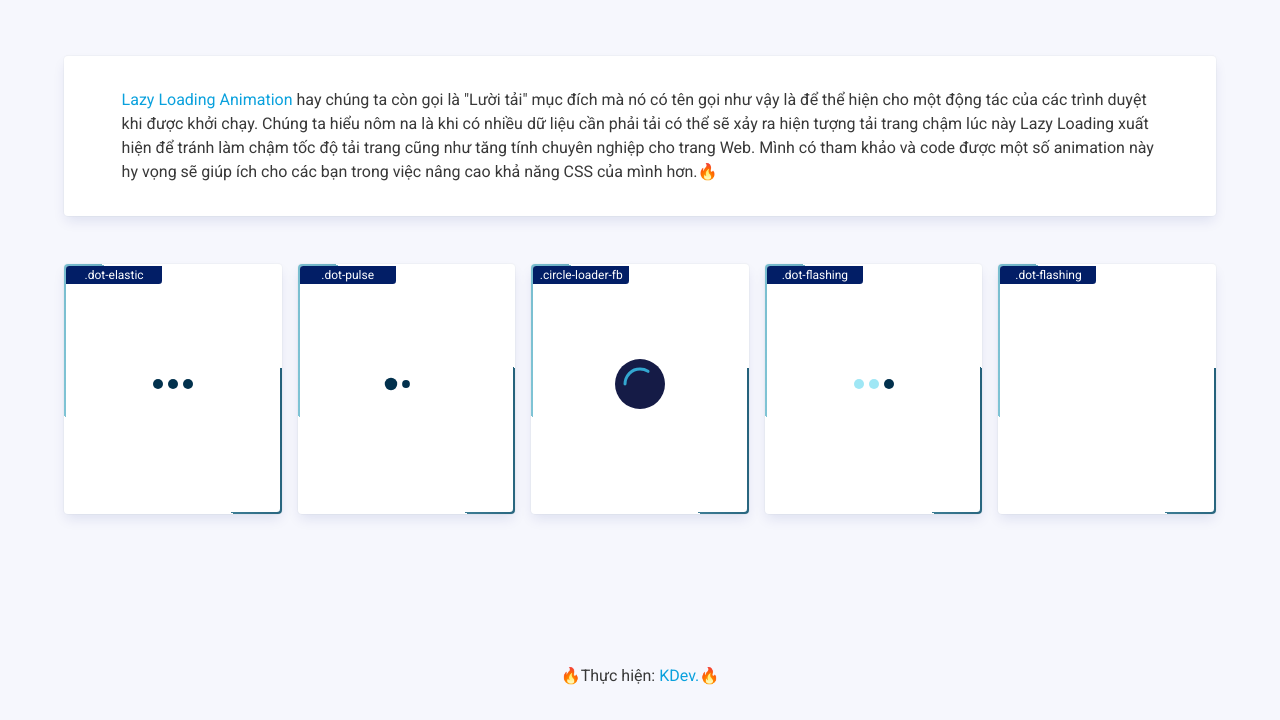
Repository: haokiet2501/lazy-loader-animation
Page: index.html
The author's editor kept a copy of each file at every save. The page is drawn from the files as they stood at one save, then again after the next save.
The browser window is 1280 px wide. The pictures show the whole page.
The style sheet was rebuilt from its Sass, Less or Tailwind sources for each picture, by a compiler version that may differ from the author's.

Above is the page before, as saved 2022-05-07 15:43:02.

### index.html
<!DOCTYPE html>
<html lang="en">
<head>
    <meta charset="UTF-8">
    <meta http-equiv="X-UA-Compatible" content="IE=edge">
    <meta name="viewport" content="width=device-width, initial-scale=1.0">
    <link rel="shortcut icon" href="image/KDEV.png" type="image/x-icon">
    <link rel="stylesheet" href="sass/css/styles.css">
    <title>Lazy Loading Animation</title>
</head>
<body>
    <div class="container">
        <div class="title">
            <a href="/" target="_blank">Lazy Loading Animation</a> hay chúng ta còn gọi là "Lười tải" mục đích mà nó có tên gọi như vậy là để thể hiện cho một động tác của các trình duyệt khi được khởi chạy. Chúng ta hiểu nôm na là khi có nhiều dữ liệu cần phải tải có thể sẽ xảy ra hiện tượng tải trang chậm lúc này Lazy Loading xuất hiện để tránh làm chậm tốc độ tải trang cũng như tăng tính chuyên nghiệp cho trang Web. Mình có tham khảo và code được một số animation này hy vọng sẽ giúp ích cho các bạn trong việc nâng cao khả năng CSS của mình hơn.🔥
        </div>

        <div class="row">
            <div class="box">
                <div class="snippet" data-title=".dot-elastic"></div>
                <div class="dot">
                    <div class="dot__elastic"></div>
                </div>
            </div>

            <div class="box">
                <div class="snippet" data-title=".dot-pulse"></div>
                <div class="dot">
                    <div class="dot__pulse"></div>
                </div>
            </div>

            <div class="box">
                <div class="snippet" data-title=".circle-loader-fb"></div>
                <div class="dot">
                    <div class="dot__cirle__fb">
                        <svg>
                            <circle cx="15" cy="15" r="15"></circle>
                        </svg>
                    </div>
                </div>
            </div>

            <div class="box">
                <div class="snippet" data-title=".dot-flashing"></div>
                <div class="dot">
                    <div class="dot__flashing"></div>
                </div>
            </div>

            <div class="box">
                <div class="snippet" data-title=".dot-flashing"></div>
                <div class="dot">
                    <div class="dot__collision"></div>
                </div>
            </div>
        </div>

        <footer class="footer">
            <p>
                🔥Thực hiện: <a href="/" target="_blank">KDev.</a>🔥
            </p>
        </footer>
    </div>
</body>
</html>

### sass/styles.scss
@import 'base/base';

$color-text: #383838;

.container {
    padding: 2rem 4rem;
}

.title {
    background: #fff;
    padding: 2rem 5%;
    margin: 1.5rem 0;
    box-shadow: 0 .4rem .8rem -.1rem rgba(0, 32, 128, .1), 0 0 0 1px #f0f2f7;
    border-radius: .25rem;
    color: $color-text;
    line-height: 24px;
}

.row {
    display: grid;
    grid-template-columns: repeat(auto-fill, minmax(184px, 1fr));
    gap: 24px 16px;
}

.box {
    position: relative;
    height: 250px;
    background: #fff;
    padding: 2rem 5%;
    margin: 1.5rem 0;
    box-shadow: 0 .4rem .8rem -.1rem rgba(0, 32, 128, .1), 0 0 0 1px #f0f2f7;
    border-radius: .25rem;
    overflow: hidden;
    z-index: 9;
}

.box::before {
    content: '';
    position: absolute;
    top: -3rem;
    left: 32px;
    width: 150px;
    height: 140%;
    background: linear-gradient(145deg, #053F5C , #9FE7F5);
    animation: animate 15s linear infinite;
}

.box::after {
    content: '';
    position: absolute;
    inset: 2px;
    background: #fff;
    border-radius: .20rem;
}

@keyframes animate {
    0% {
        transform: rotate(0deg);
    }
    100% {
        transform: rotate(360deg);
    }
}

.snippet {
    position: relative;
    z-index: 10;
    top: -1.87rem;
    left: -.55rem;
    padding: 2px 5px;
    text-align: center;
    background-color: #021E66;
    width: 6rem;
    font-size: .75rem;
    color: #fff;
    border-radius: .20rem 0 .20rem 0;
}

.snippet::before {
    content: attr(data-title);
}

.dot {
    position: relative;
    z-index: 10;
    top: 35%;
    display: flex;
    justify-content: center;
    align-items: center;

    &__elastic {
        position: relative;
        @include dot-variables();
        animation: dotElastic 1s linear infinite;
    }

    &__elastic::before, &__elastic::after {
        content: '';
        display: inline-block;
        position: absolute;
        top: 0;
    }

    &__elastic::before {
        left: -15px;
        @include dot-variables();
        animation: dotElasticBefore 1s linear infinite;
    }

    &__elastic::after {
        left: 15px;
        @include dot-variables();
        animation: dotElasticAfter 1s linear infinite;
    }

    @keyframes dotElasticBefore{
        0% {
            transform: scale(1, 1);
        }
        25% {
            transform: scale(1, 1.5);
        }
        50% {
            transform:  scale(1, 0.67);
        }
        75% {
            transform:  scale(1, 1);
        }
        100% {
            transform:  scale(1, 1);
        }
    }

    @keyframes dotElastic{
        0% {
            transform: scale(1, 1);
        }
        25% {
            transform: scale(1, 1);
        }
        50% {
            transform:  scale(1, 1.5);
        }
        75% {
            transform:  scale(1, 1);
        }
        100% {
            transform:  scale(1, 1);
        }
    }
    @keyframes dotElasticAfter{
        0% {
            transform: scale(1, 1);
        }
        25% {
            transform: scale(1, 1);
        }
        50% {
            transform:  scale(1, 0.67);
        }
        75% {
            transform:  scale(1, 1.5);
        }
        100% {
            transform:  scale(1, 1);
        }
    }

    &__pulse {
        position: relative;
        left: -9999px;
        @include dot-variables();
        box-shadow: 9999px 0 0 -5px var(--color-circle);
        animation: dotPulse 1.5s linear infinite;
        animation-delay: .25s;
    }

    &__pulse::before, &__pulse::after {
        content: '';
        display: inline-block;
        position: absolute;
        top: 0;
        @include dot-variables();
    }

    &__pulse::before {
        box-shadow: 9984px 0 0 -5px var(--color-circle);
        animation: dotPulseBefore 1.5s linear infinite;
        animation-delay: 0s;
    }

    &__pulse::after {
        box-shadow: 10014px 0 0 -5px var(--color-circle);
        animation: dotPulseAfter 1.5s linear infinite;
        animation-delay: .5s;
    }

    @keyframes dotPulseBefore {
        0% {
            box-shadow: 9984px 0 0 -5px var(--color-circle);
        }
        30% {
            box-shadow: 9984px 0 0 2px var(--color-circle);
        }
        60%, 100% {
            box-shadow: 9984px 0 0 -5px var(--color-circle);
        }
    }

    @keyframes dotPulse {
        0% {
            box-shadow: 9999px 0 0 -5px var(--color-circle);
        }
        30% {
            box-shadow: 9999px 0 0 2px var(--color-circle);
        }
        60%, 100% {
            box-shadow: 9999px 0 0 -5px var(--color-circle);
        }
    }
    @keyframes dotPulseAfter {
        0% {
            box-shadow: 10014px 0 0 -5px var(--color-circle);
        }
        30% {
            box-shadow: 10014px 0 0 2px var(--color-circle);
        }
        60%, 100% {
            box-shadow: 10014px 0 0 -5px var(--color-circle);
        }
    }

    &__cirle__fb {
        position: relative;
        top: -20px;
        width: 50px;
        height: 50px;
        background: #151B46;
        border-radius: 50%;
    }

    svg {
        display: relative;
        width: 50px;
        height: 50px;
        animation: spinner 2s linear infinite;
    }

    @keyframes spinner {
        0% {
            transform: rotate(0deg);
        }
        100% {
            transform: rotate(360deg);
        }
    }

    circle {
        width: 100%;
        height: 100%;
        fill: none;
        stroke-width: 3;
        stroke: #33A7D0;
        stroke-linecap: round;
        transform: translate(10px, 10px);
        stroke-dasharray: 85;
        stroke-dashoffset: 85;
        background: #33A7D0;
        animation: circle 4s linear infinite;
        animation-delay: .25s;
        transition: .4s ease-in-out;
    }

    @keyframes circle {
        0%, 100% {
            stroke-dashoffset: 85;
        }
        50% {
            stroke-dashoffset: 0;
        }
        50.1% {
            stroke-dashoffset: 170;
        }
    }

    &__flashing {
        position: relative;
        @include dot-variables();
        animation: dotFlashing 1s linear alternate infinite;
        animation-delay: .5s;
    }

    &__flashing::before, &__flashing::after {
        content: '';
        position: absolute;
        display: inline-block;
        top: 0;
    }

    &__flashing::before {
        left: -15px;
        @include dot-variables();
        animation: dotFlashing 1s alternate infinite;
        animation-delay: 0s;
    }

    &__flashing::after {
        left: 15px;
        @include dot-variables();
        animation: dotFlashing 1s alternate infinite;
        animation-delay: 1s;
    }

    @keyframes dotFlashing{
        0% {
            background: var(--color-circle);
        }
        50%, 100% {
            background: #9FE7F5;
        }
    }
}

.footer {
    display: flex;
    justify-content: center;
    align-items: center;
    margin: 128px 0 20px;
}

.footer > p {
    color: $color-text;
}

### sass/base/_base.scss
@import url('https://fonts.googleapis.com/css2?family=Roboto:wght@300;400;500;700&display=swap');

:root {
    --color-circle: #02314D;
}

@mixin dot-variables() {
    width: 10px;
    height: 10px;
    border-radius: 10px;
    background-color: var(--color-circle);
    color: var(--color-circle);
}

*, ::before, ::after {
    margin: 0;
    padding: 0;
    box-sizing: border-box;
}

html, body {
    scroll-behavior: smooth;
    font-family: 'Roboto', sans-serif;
    background: #f6f7fd;
    height: 100%;
    overflow: auto;
}

a {
    text-decoration: none;
    color: #0AA1DD;
}

After the next save:
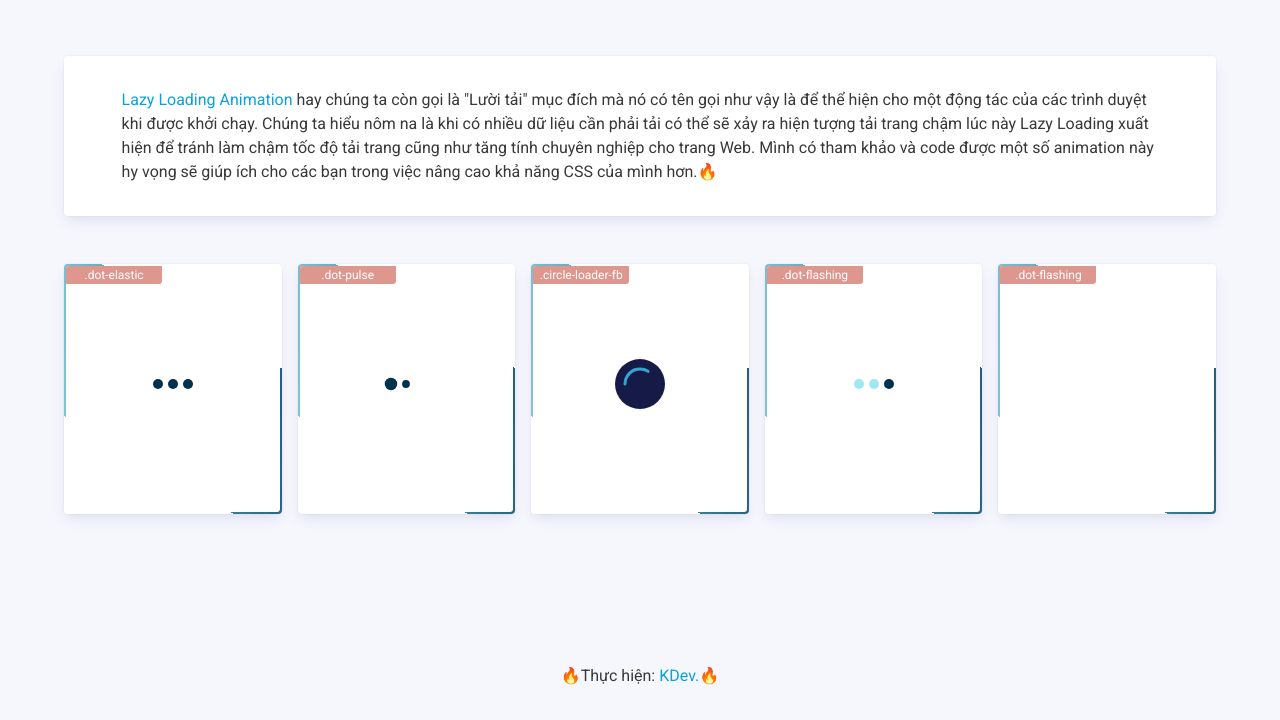
Saved 25 s later.
--- a/sass/styles.scss
+++ b/sass/styles.scss
@@ -69,7 +69,7 @@ $color-text: #383838;
     left: -.55rem;
     padding: 2px 5px;
     text-align: center;
-    background-color: #021E66;
+    background-color: #DE978F;
     width: 6rem;
     font-size: .75rem;
     color: #fff;
